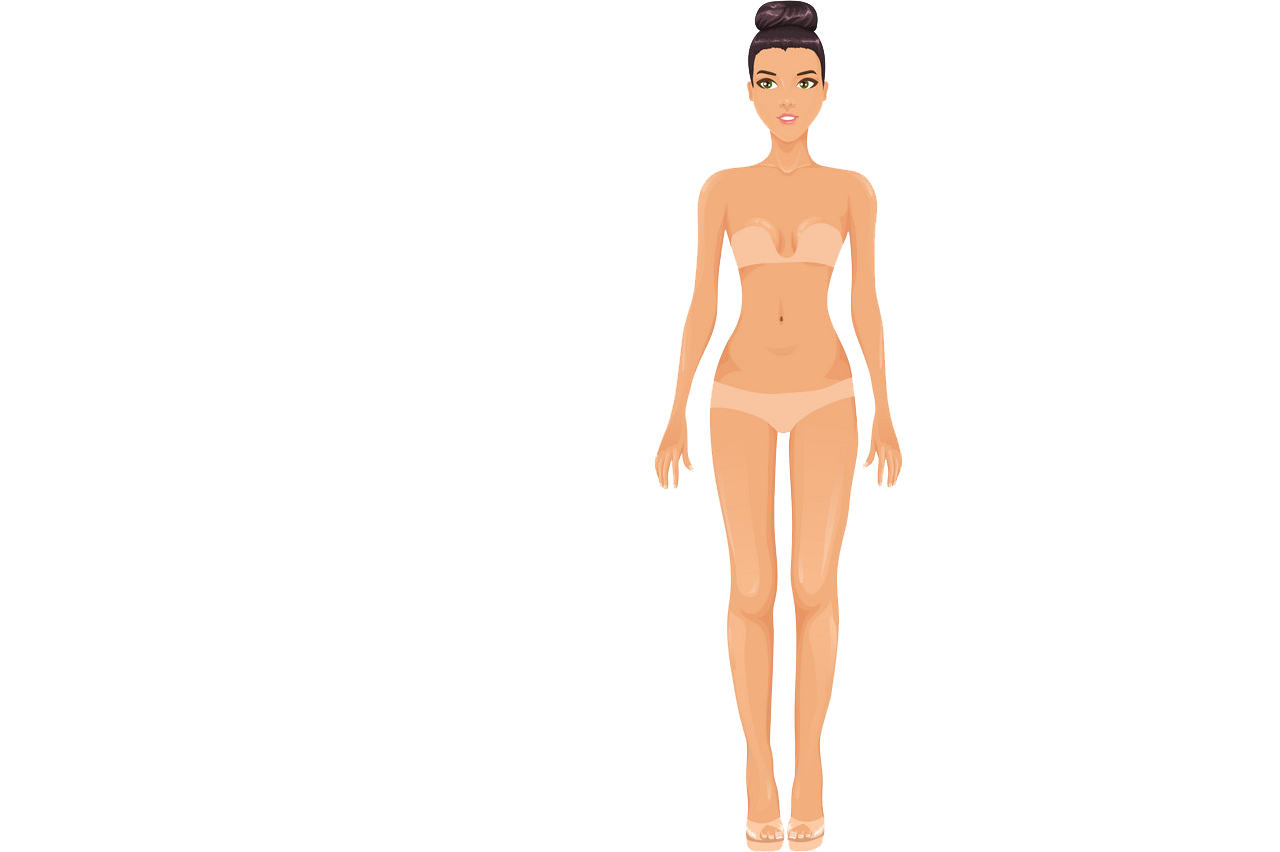
Repository: bunbubam/GameThayDoReactjs_NguyenKhacNghia
Page: /
The author's editor kept a copy of each file at every save. The page is drawn from the files as they stood at one save, then again after the next save.
The browser window is 1280 px wide. The pictures show the whole page.
The project was rebuilt for these pictures with package versions that can differ from the ones it lists, and the page was loaded fresh each time.

Above is the page before, as saved 2022-03-30 14:48:41.

### public/index.html
<!doctype html>
<html lang="en">
  <head>
    <title>GameThaydo</title>
    <!-- Required meta tags -->
    <meta charset="utf-8">
    <meta name="viewport" content="width=device-width, initial-scale=1, shrink-to-fit=no">

    <!-- Bootstrap CSS -->
    <link rel="stylesheet" href="https://stackpath.bootstrapcdn.com/bootstrap/4.3.1/css/bootstrap.min.css" integrity="sha384-ggOyR0iXCbMQv3Xipma34MD+dH/1fQ784/j6cY/iJTQUOhcWr7x9JvoRxT2MZw1T" crossorigin="anonymous">
  </head>
  <body>
    <div id="root"></div>
    <!-- Optional JavaScript -->
    <!-- jQuery first, then Popper.js, then Bootstrap JS -->
    <script src="https://code.jquery.com/jquery-3.3.1.slim.min.js" integrity="sha384-q8i/X+965DzO0rT7abK41JStQIAqVgRVzpbzo5smXKp4YfRvH+8abtTE1Pi6jizo" crossorigin="anonymous"></script>
    <script src="https://cdnjs.cloudflare.com/ajax/libs/popper.js/1.14.7/umd/popper.min.js" integrity="sha384-UO2eT0CpHqdSJQ6hJty5KVphtPhzWj9WO1clHTMGa3JDZwrnQq4sF86dIHNDz0W1" crossorigin="anonymous"></script>
    <script src="https://stackpath.bootstrapcdn.com/bootstrap/4.3.1/js/bootstrap.min.js" integrity="sha384-JjSmVgyd0p3pXB1rRibZUAYoIIy6OrQ6VrjIEaFf/nJGzIxFDsf4x0xIM+B07jRM" crossorigin="anonymous"></script>
  </body>
</html>

### src/App.js
import logo from './logo.svg';
import './App.css';
import Dress from './gamethaydo/dress';

function App() {
  return (
    <Dress></Dress>
  );
}

export default App;

### src/gamethaydo/dress.js
import React, {Component} from 'react';
import Girl from './images/girl.png';

class Dress extends Component {
    state = {
        img : Girl
    }
    render() {
        return(
            <div className='container-fluid'>
                <div className='dress-main'>
                    <div className='row'>
                        <div className='col-12 col-xl-6'>

                        </div>
                        <div className='col-12 col-xl-6'>
                            <div className='girl'>
                                <img src={this.state.img}/>
                            </div>
                        </div>
                    </div>
                </div>
            </div>
        )
    };
}
export default Dress;

### src/App.css
.dress {
    height: 100vh;
    background: url(gamethaydo/images/dress-room.jpg) no-repeat;
    background-position: 50% 53%;
    background-size: cover;
}

Loaded but not shown: src/index.js (common file); src/index.css (common file); src/reportWebVitals.js (common file)

After the next save:
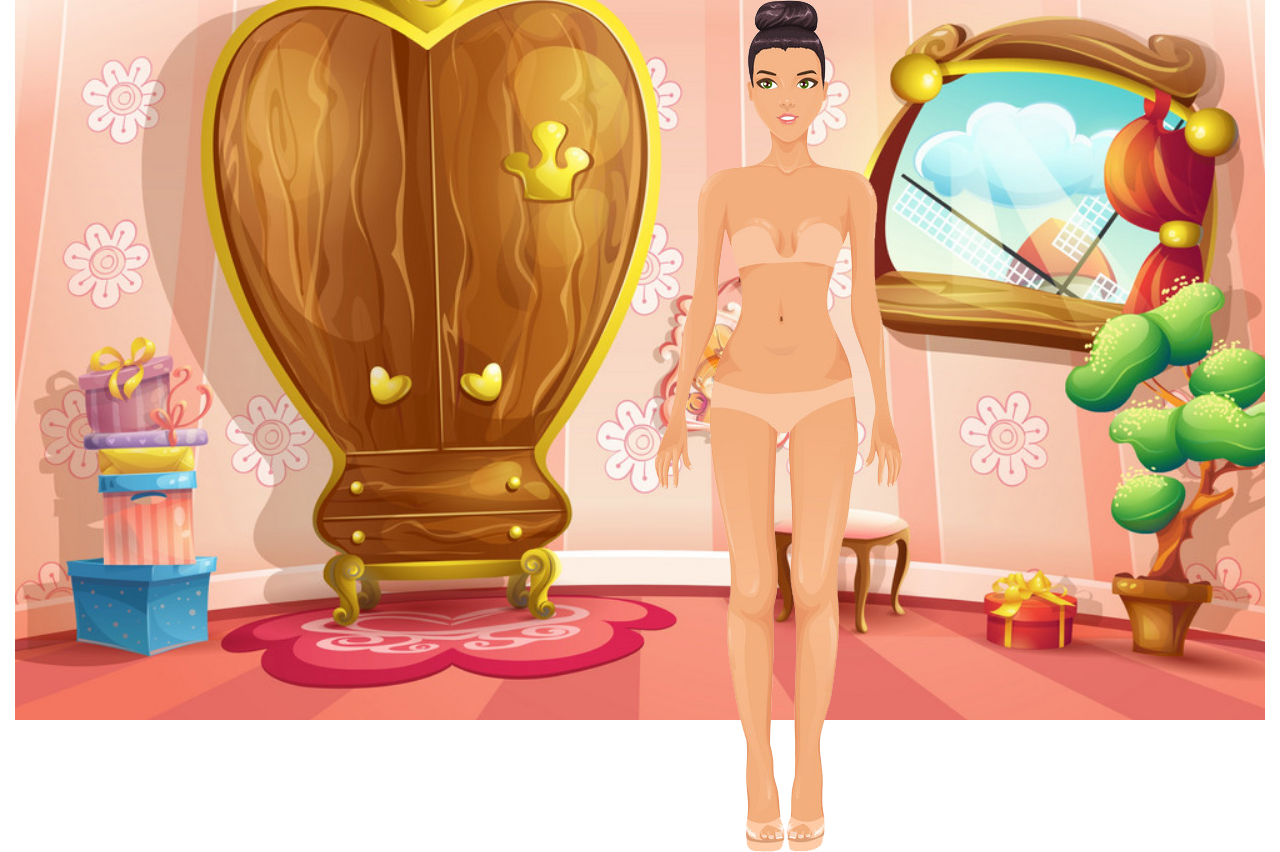
Saved 8 s later.
--- a/src/App.css
+++ b/src/App.css
@@ -1,4 +1,4 @@
-.dress {
+.dress-main {
     height: 100vh;
     background: url(gamethaydo/images/dress-room.jpg) no-repeat;
     background-position: 50% 53%;
